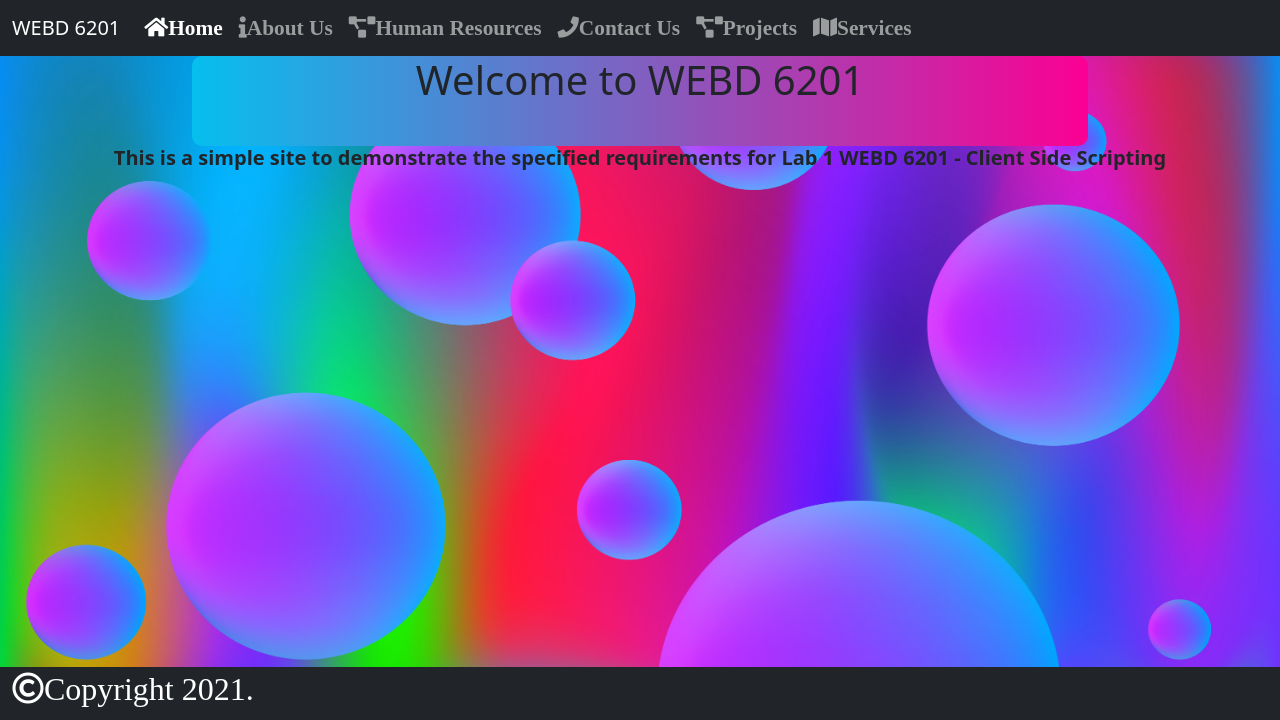
Repository: vans12345678/WEBD6201-W2021-Lab1
Page: index.html
The author's editor kept a copy of each file at every save. The page is drawn from the files as they stood at one save, then again after the next save.
The browser window is 1280 px wide. The pictures show the whole page.

Above is the page before, as saved 2021-02-04 18:51:04.

After the next save:
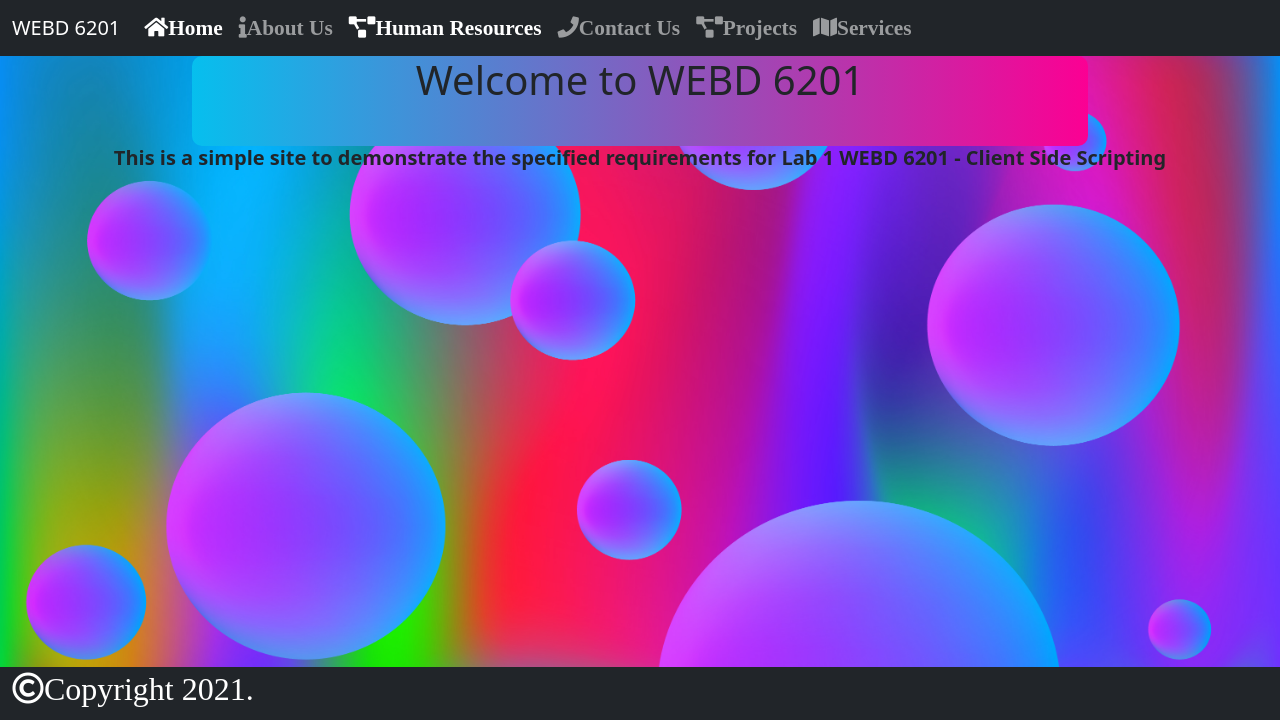
Saved 13 s later.
--- a/Scripts/app.js
+++ b/Scripts/app.js
@@ -24,7 +24,7 @@
         hrListItem.setAttribute("class", "nav-item");
         let navbar = document.getElementById("ulNav").appendChild(hrListItem);
         if(document.title = "Human Resources"){
-            hrListItem.innerHTML = `<a class="nav-link" aria-current="page" href="human-resources.html">
+            hrListItem.innerHTML = `<a class="nav-link active" aria-current="page" href="human-resources.html">
         <i id ="navHumanResources" class ="fas fa-project-diagram fa-lg">Human Resources</i></a>`;
         }else{
             hrListItem.innerHTML = `<a class="nav-link" aria-current="page" href="human-resources.html">

After the 3 saves that followed:
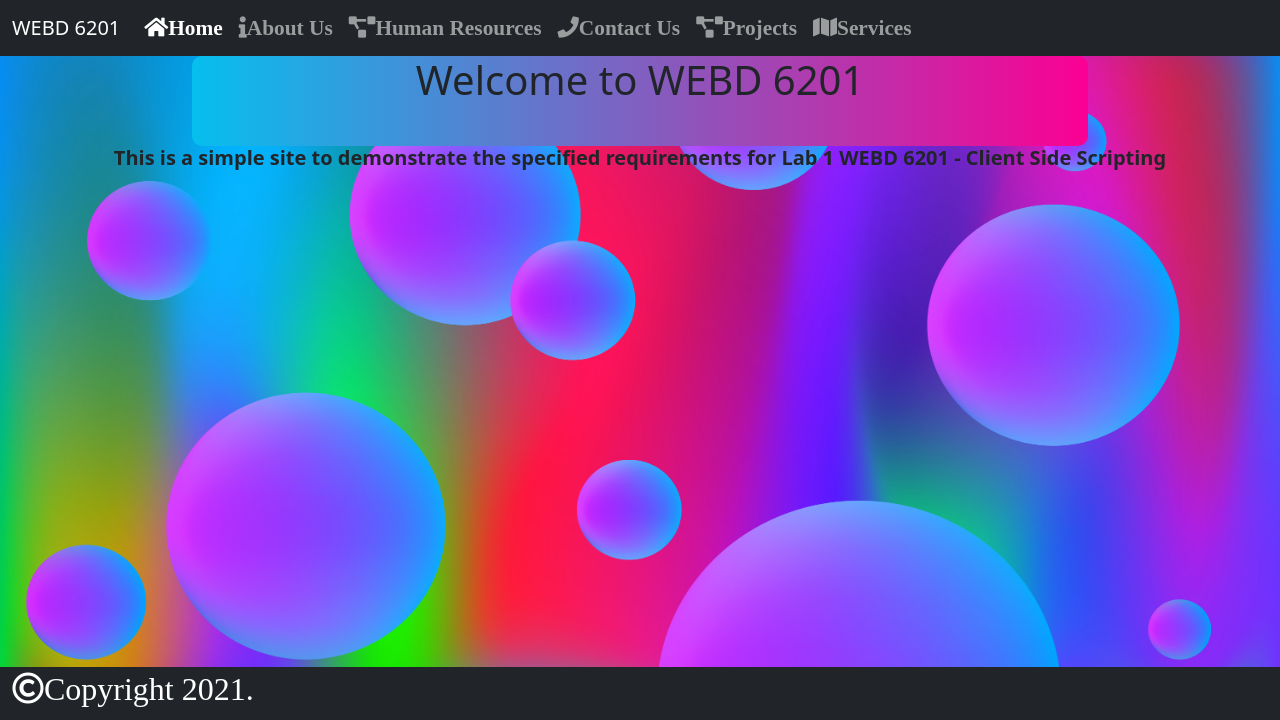
The 3 saves are shown as one change because 2 left the picture as it was.
The last was saved 88 s later.
--- a/Scripts/app.js
+++ b/Scripts/app.js
@@ -24,13 +24,10 @@
         hrListItem.setAttribute("class", "nav-item");
         let navbar = document.getElementById("ulNav").appendChild(hrListItem);
         if(document.title = "Human Resources"){
-            hrListItem.innerHTML = `<a class="nav-link active" aria-current="page" href="human-resources.html">
+            hrListItem.setAttribute("class", "active");
+        }
+        hrListItem.innerHTML = `<a class="nav-link" aria-current="page" href="human-resources.html">
         <i id ="navHumanResources" class ="fas fa-project-diagram fa-lg">Human Resources</i></a>`;
-        }else{
-            hrListItem.innerHTML = `<a class="nav-link" aria-current="page" href="human-resources.html">
-        <i id ="navHumanResources" class ="fas fa-project-diagram fa-lg">Human Resources</i></a>`;
-        }
-
         navAboutElement.after(hrListItem);
 
         navTextElement = document.getElementById("navContact").textContent = "Contact Us";
